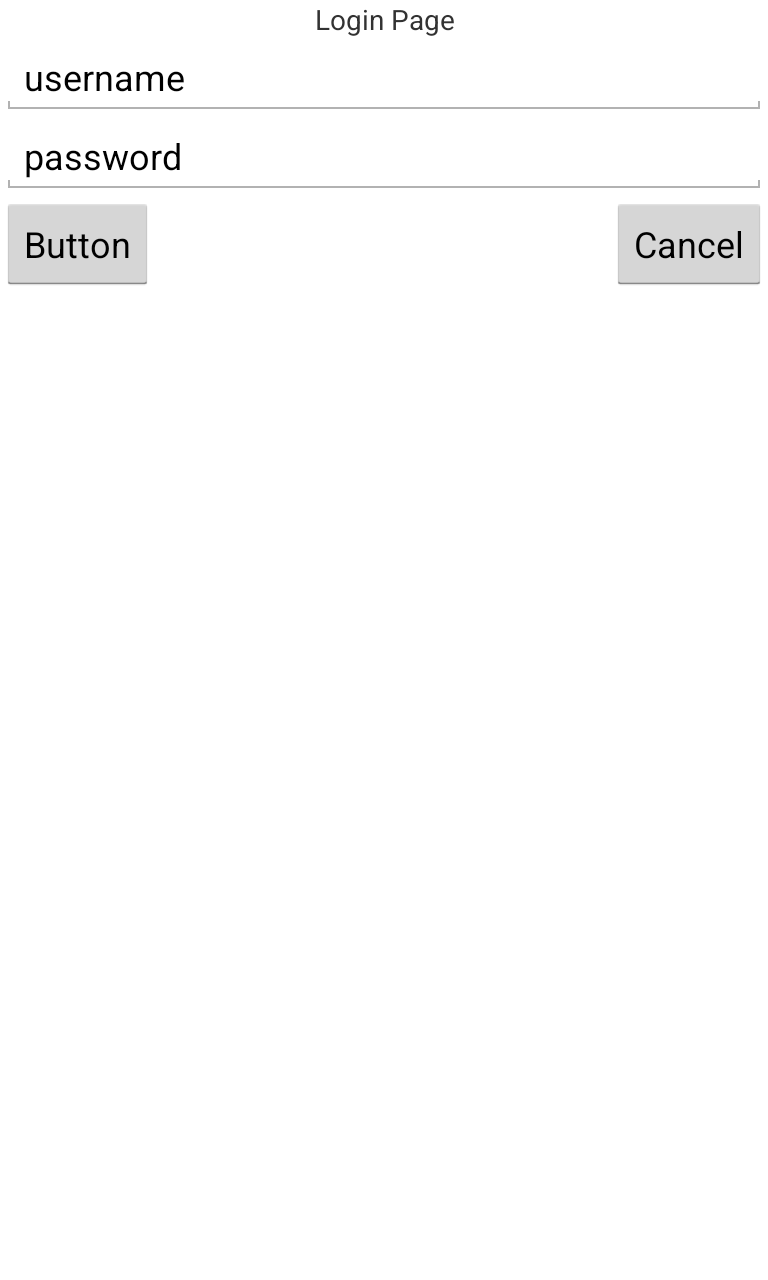
Repository: founderzhl/MarsAndroid
Layout: S01_E15_RelativeLayout02/res/layout/activity_main.xml
The author's editor kept a copy of each file at every save. The layout is drawn from the files as they stood at one save, then again after the next save.
It is drawn on a 768 x 1280 px phone screen (xhdpi) without system bars, with theme AppTheme; the app's code is not run.

Above is the layout before, as saved 2015-01-22 16:21:38.

### S01_E15_RelativeLayout02/res/layout/activity_main.xml
<RelativeLayout xmlns:android="http://schemas.android.com/apk/res/android"
    xmlns:tools="http://schemas.android.com/tools"
    android:layout_width="match_parent"
    android:layout_height="match_parent" >

    <TextView
        android:id="@+id/labelView"
        android:layout_width="match_parent"
        android:layout_height="wrap_content"
        android:gravity="center"
        android:text="Login Page" />

        <EditText
        android:id="@+id/usernameText"
        android:layout_width="wrap_content"
        android:layout_height="wrap_content"
        android:text="username"
        android:layout_below="@id/labelView"
        android:layout_alignParentLeft="true"
        android:layout_alignParentRight="true" />

        <EditText
        android:id="@+id/passwordText"
        android:layout_width="wrap_content"
        android:layout_height="wrap_content"
        android:text="password"
        android:layout_below="@id/usernameText"
        android:layout_alignLeft="@id/usernameText"
        android:layout_alignRight="@id/usernameText" />

        <Button
            android:id="@+id/cancelButton"
            android:layout_width="wrap_content"
            android:layout_height="wrap_content"
            android:layout_alignParentRight="true"
            android:layout_below="@+id/passwordText"
            android:text="Cancel" />

        <Button
            android:id="@+id/loginButton"
            android:layout_width="wrap_content"
            android:layout_height="wrap_content"
            android:layout_alignBaseline="@+id/cancelButton"
            android:layout_alignBottom="@+id/cancelButton"
            android:layout_alignParentLeft="true"
            android:text="Button" />

</RelativeLayout>

Loaded but not shown: S01_E15_RelativeLayout02/res/values/styles.xml (common file); S01_E15_RelativeLayout02/res/values-v11/styles.xml (common file); S01_E15_RelativeLayout02/res/values-v14/styles.xml (common file)

After the next save:
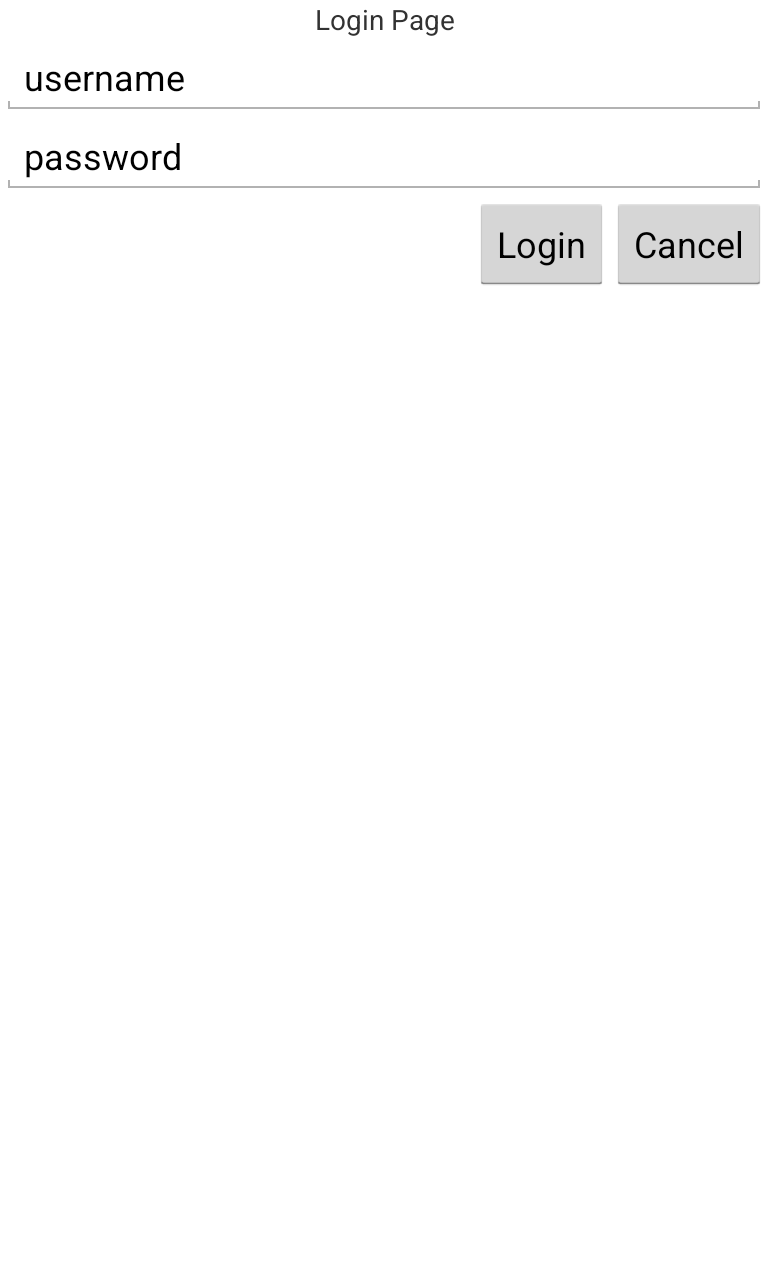
Saved 2 min 23 s later.
--- a/S01_E15_RelativeLayout02/res/layout/activity_main.xml
+++ b/S01_E15_RelativeLayout02/res/layout/activity_main.xml
@@ -42,7 +42,7 @@
             android:layout_height="wrap_content"
             android:layout_alignBaseline="@+id/cancelButton"
             android:layout_alignBottom="@+id/cancelButton"
-            android:layout_alignParentLeft="true"
-            android:text="Button" />
+            android:layout_toLeftOf="@+id/cancelButton"
+            android:text="Login" />
 
 </RelativeLayout>
